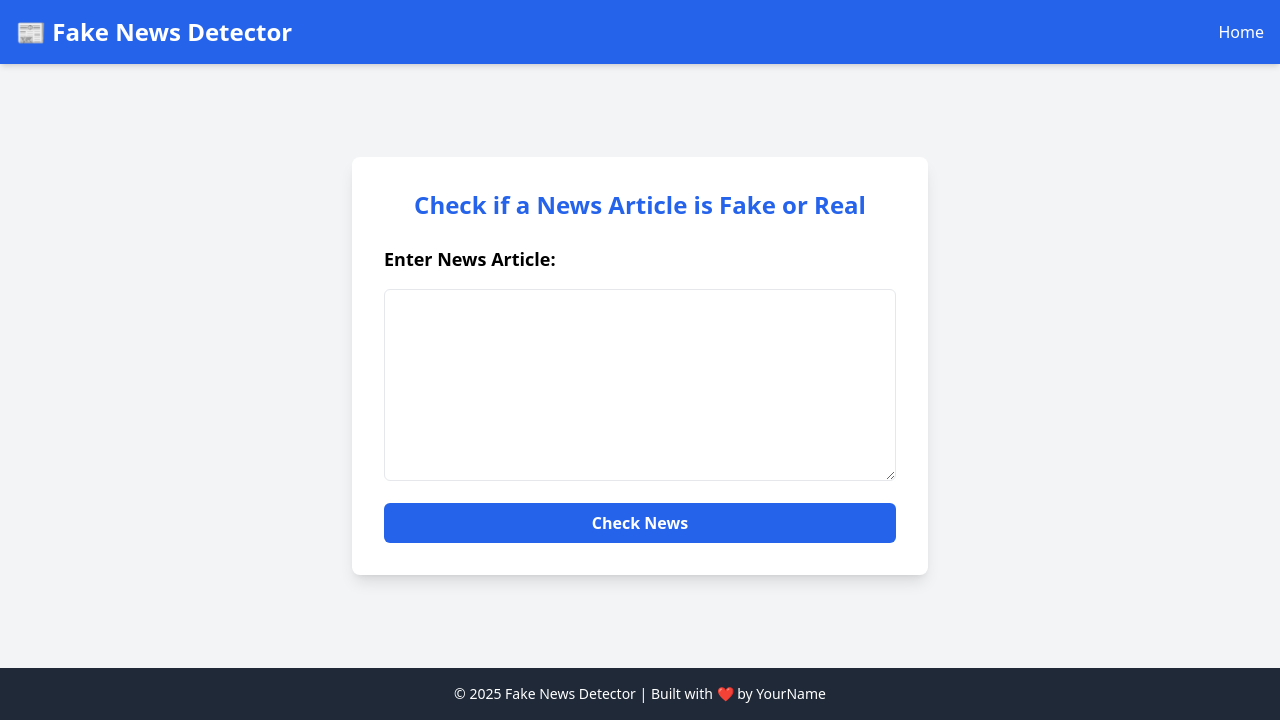
Repository: mrcode-gmb/fake-news-detector
Page: templates/index.html
The author's editor kept a copy of each file at every save. The page is drawn from the files as they stood at one save, then again after the next save.
The browser window is 1280 px wide. The pictures show the whole page.
Some web libraries are served in a nearby version. The template is drawn by Flask 3. The application's start-up code is not run. The template is opened directly, without the code that normally fills it, so the values that code supplies are empty.

Above is the page before, as saved 2025-07-16 21:27:38.

After the next save:
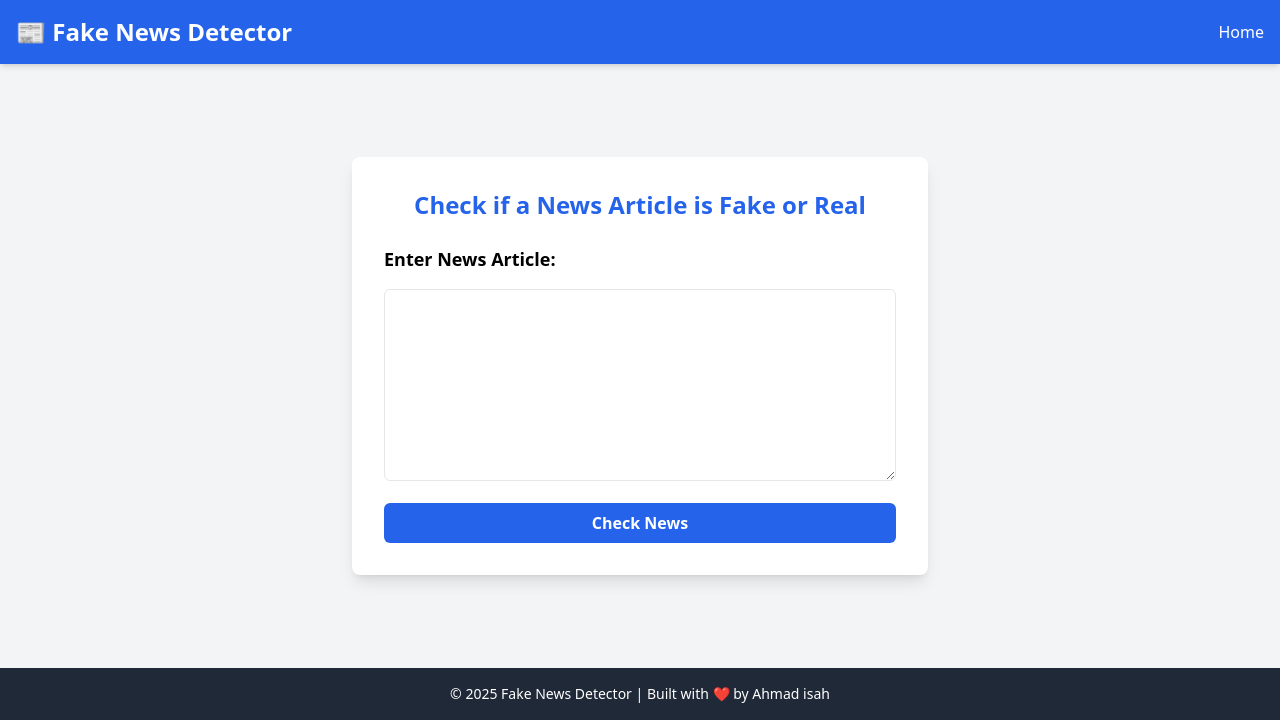
Saved 6 s later.
--- a/templates/index.html
+++ b/templates/index.html
@@ -50,7 +50,7 @@
     <!-- Footer -->
     <footer class="bg-gray-800 text-white py-4">
         <div class="container mx-auto text-center text-sm">
-            &copy; 2025 Fake News Detector | Built with ❤️ by YourName
+            &copy; 2025 Fake News Detector | Built with ❤️ by Ahmad isah
         </div>
     </footer>
 
